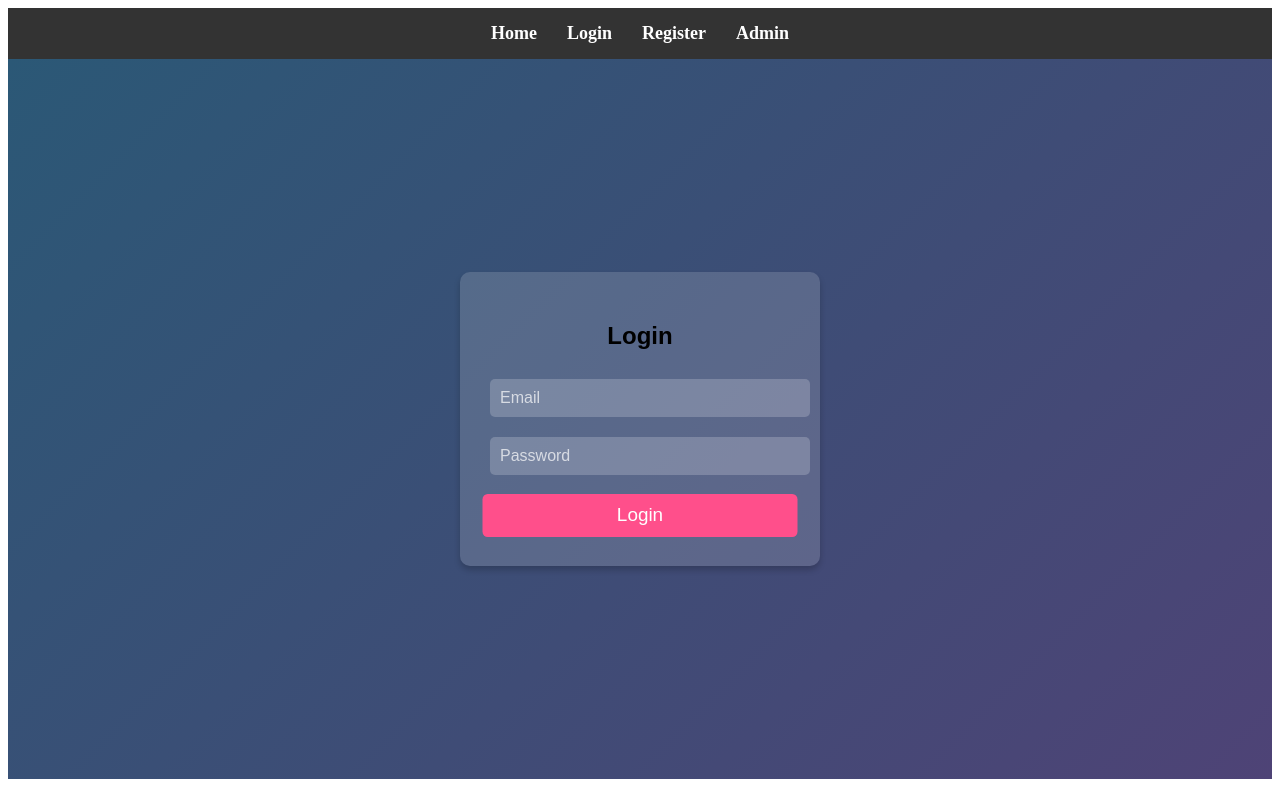
Repository: AhmedIbu/angular-login-app
Page: /login (app in angular-login-app/)
The author's editor kept a copy of each file at every save. The page is drawn from the files as they stood at one save, then again after the next save.
The browser window is 1280 px wide. The pictures show the whole page.
The pointer rests on the first visible `.login-box button`.
The project was rebuilt for these pictures with package versions that can differ from the ones it lists, and the page was loaded fresh each time. Also part of the build but not shown: angular-login-app/angular.json, angular-login-app/src/app/home/home.component.ts, angular-login-app/src/app/register/register.component.ts, angular-login-app/src/app/services/user.service.ts, angular-login-app/src/app/admin-dashboard/admin-dashboard.component.ts, angular-login-app/src/app/admin-login/admin-login.component.ts, angular-login-app/src/app/user-dashboard/user-dashboard.component.ts.

Above is the page before, as saved 2025-02-21 11:29:30.

After the next save:
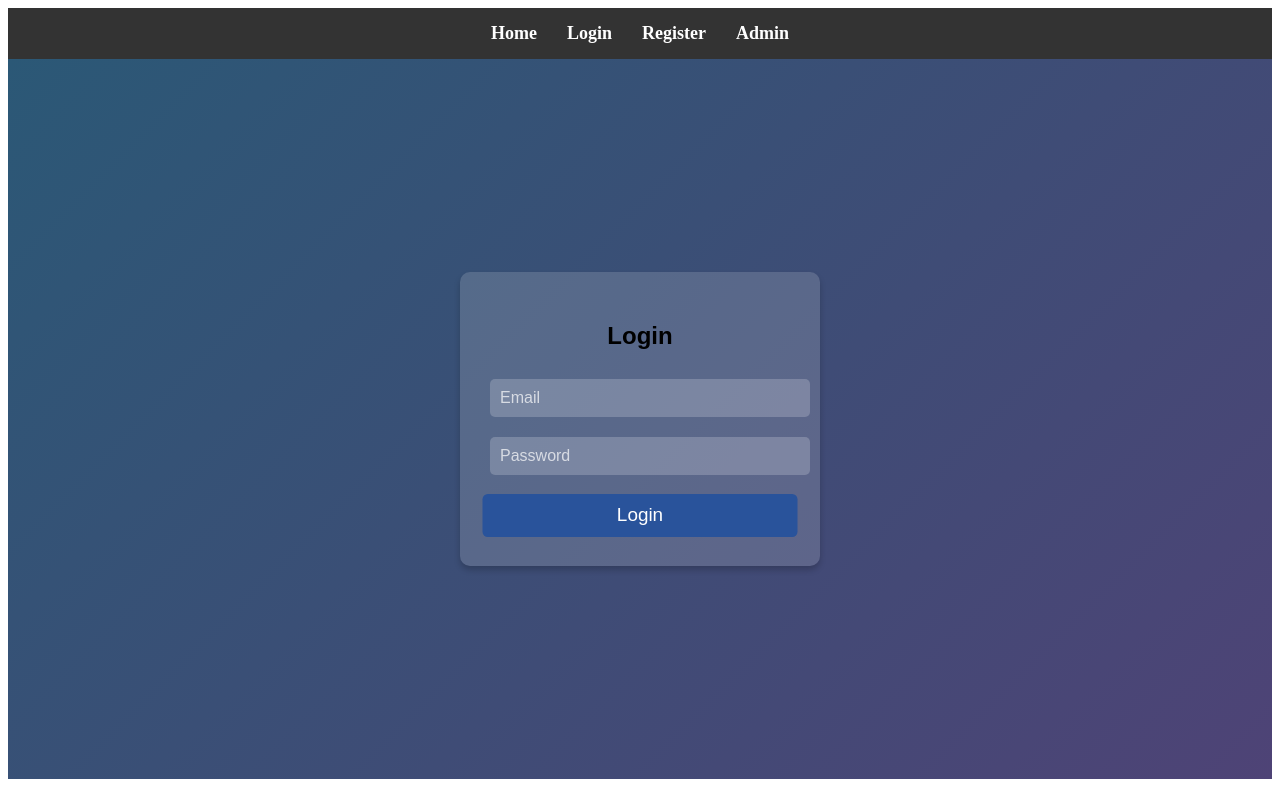
Saved 17 s later.
--- a/angular-login-app/src/app/login/login.component.css
+++ b/angular-login-app/src/app/login/login.component.css
@@ -52,7 +52,7 @@
 
 /* Button hover effect */
 .login-box button:hover {
-  background: #ff4f8b;
+  background: #29539b;
   transform: scale(1.05);
 }
 
